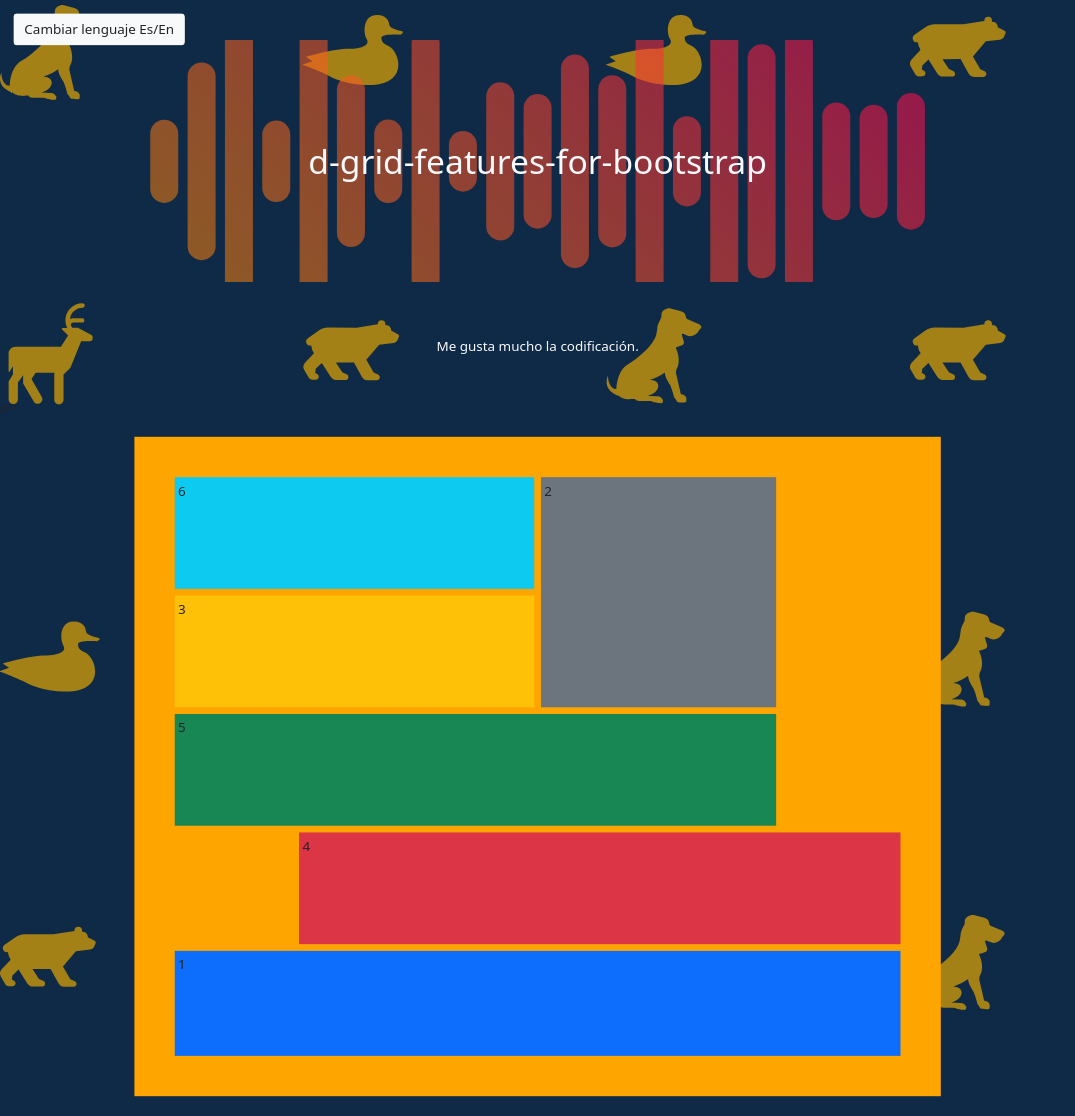
Repository: LynxPardelle/d-grid-features-for-bootstrap
Page: index.html
An editor plug-in stored every save of this project. The page is shown before and after the next save, followed by the edit.
The browser window is 1280 px wide. The pictures show the whole page, at 84% of full size.

Above is the page before, as saved 2021-10-21 00:14:08.

### index.html
<!DOCTYPE html>
<html lang="es">
  <head>
    <meta charset="UTF-8" />
    <meta http-equiv="X-UA-Compatible" content="IE=edge" />
    <meta name="viewport" content="width=device-width, initial-scale=1.0" />
    <meta name="author" content="Lynx Pardelle" />
    <title>d-grid-features-for-bootstrap</title>
    <link
      href="https://cdn.jsdelivr.net/npm/bootstrap@5.1.3/dist/css/bootstrap.min.css"
      rel="stylesheet"
      integrity="sha384-1BmE4kWBq78iYhFldvKuhfTAU6auU8tT94WrHftjDbrCEXSU1oBoqyl2QvZ6jIW3"
      crossorigin="anonymous"
    />
    <style>
      body {
        background-image: url("data:[embedded picture, 9376 characters]");
        background-size: cover;
        background-repeat: repeat;
        background-position: left top;
      }

      h1 {
        background-image: url("data:[embedded picture, 2297 characters]");
        background-size: cover;
        background-repeat: no-repeat;
        background-position: center center;
        padding: 7.5rem;
      }
    </style>
  </head>
  <body>
    <!-- Change Languaje -->
    <button id="switch-lang" onclick="SwitchLang()" class="d-block btn btn-light text-dark position-fixed top-0 start-0 mt-3 ms-3 ">
      <span lang="en">
        Switch Language Es/En
      </span>
      <span lang="es">
        Cambiar lenguaje Es/En
      </span>
    </button>

    <h1 class="text-center text-light my-5">d-grid-features-for-bootstrap</h1>

    <div class="text-center text-light p-3 m-3">
      <p lang="en">I really enjoy coding.</p>
      <p lang="es">Me gusta mucho la codificación.</p>
    </div>p>
    </div>

    <!-- <section class="d-grid bg-dark" data-gfbs data-gfbs-gtc="repeat(4, 1fr)" data-gfbs-gtr="repeat(2, 50px)" > -->
    <!-- <section class="d-grid bg-dark" data-gfbs data-gfbs-gta='"f f b c c a"" f f d e e a"'> -->
    <section
      class="d-grid w-75 mx-auto my-4"
      data-gfbs
      data-gfbs-custom="background-color: black; padding: 1rem;"
      data-gfbs-custom-sm="background-color: pink; padding: 2rem;"
      data-gfbs-custom-md="background-color: orange; padding: 3rem;"
      data-gfbs-gt='
      [row1-start] "a a b ." 12.5px [row1-end]
      [row2-start] "a a b ." 12.5px [row2-end]
      [row3-start] "c c b d" 12.5px [row3-end]
      [row4-start] "c c b d" 12.5px [row4-end]
      [row5-start] "e e e d" 12.5px [row5-end]
      [row6-start] "e e e d" 12.5px [row6-end]
      [row7-start] ". f f f" 12.5px [row7-end]
      [row8-start] ". f f f" 12.5px [row8-end]
      [row9-start] "g g g g" 25px [row9-end]
      / 2fr 1fr 1fr 3fr'
      data-gfbs-gt-sm='
      [row1-start] "a b b ." 25px [row1-end]
      [row2-start] "a b b ." 25px [row2-end]
      [row3-start] "c c c ." 25px [row3-end]
      [row4-start] "c c c ." 25px [row4-end]
      [row5-start] "e e d d" 25px [row5-end]
      [row6-start] "e e d d" 25px [row6-end]
      [row7-start] ". f f ." 25px [row7-end]
      [row8-start] ". f f ." 25px [row8-end]
      [row9-start] "g g g g" 50px [row9-end]
      / 1fr 2fr 2fr 1fr'
      data-gfbs-gt-md='
      [row1-start] "a a a b" 37.5px [row1-end]
      [row2-start] "a a a b" 37.5px [row2-end]
      [row3-start] "c c d d" 37.5px [row3-end]
      [row4-start] "c c d d" 37.5px [row4-end]
      [row5-start] "e e d d" 37.5px [row5-end]
      [row6-start] "e e d d" 37.5px [row6-end]
      [row7-start] "f f f f" 37.5px [row7-end]
      [row8-start] "g g g g" 37.5px [row8-end]
      [row9-start] "g g g g" 75px [row9-end]
      / 1fr 2fr 2fr 1fr'
      data-gfbs-gt-lg='
      [row1-start] "a a b ." 50px [row1-end]
      [row2-start] "a a b ." 50px [row2-end]
      [row3-start] "c c b d" 50px [row3-end]
      [row4-start] "c c b d" 50px [row4-end]
      [row5-start] "e e e d" 50px [row5-end]
      [row6-start] "e e e d" 50px [row6-end]
      [row7-start] ". f f f" 50px [row7-end]
      [row8-start] ". f f f" 50px [row8-end]
      [row9-start] "g g g g" 100px [row9-end]
      / 1fr 2fr 2fr 1fr'
      data-gfbs-gt-xl='
      [row1-start] "a a b ." 62.5px [row1-end]
      [row2-start] "a a b ." 62.5px [row2-end]
      [row3-start] "c c b d" 62.5px [row3-end]
      [row4-start] "c c b d" 62.5px [row4-end]
      [row5-start] "e e e d" 62.5px [row5-end]
      [row6-start] "e e e d" 62.5px [row6-end]
      [row7-start] ". f f f" 62.5px [row7-end]
      [row8-start] ". f f f" 62.5px [row8-end]
      [row9-start] "g g g g" 125px [row9-end]
      / 1fr 2fr 2fr 1fr'
      data-gfbs-gt-xxl='
      [row1-start] "a a b ." 87.5px [row1-end]
      [row2-start] "a a b ." 87.5px [row2-end]
      [row3-start] "c c b d" 87.5px [row3-end]
      [row4-start] "c c b d" 87.5px [row4-end]
      [row5-start] "e e e d" 87.5px [row5-end]
      [row6-start] "e e e d" 87.5px [row6-end]
      [row7-start] ". f f f" 87.5px [row7-end]
      [row8-start] ". f f f" 87.5px [row8-end]
      [row9-start] "g g g g" 150px [row9-end]
      / 1fr 2fr 2fr 1fr'
      data-gfbs-gap="0.5rem"
    >
      <!-- data-gfbs-cg="1rem"
      data-gfbs-rg="1rem" -->
      <div
        data-gfbs
        data-gfbs-iga="a"
        data-gfbs-iga-sm="g"
        class="bg-primary p-1"
      >
        1
      </div>

      <div data-gfbs data-gfbs-iga="b" class="bg-secondary p-1">2</div>
      <div data-gfbs data-gfbs-iga="c" class="bg-warning p-1">3</div>
      <div
        data-gfbs
        data-gfbs-iga="d"
        data-gfbs-iga-lg="f"
        class="bg-danger p-1"
      >
        4
      </div>
      <div data-gfbs data-gfbs-iga="e" class="bg-success p-1">5</div>
      <div data-gfbs data-gfbs-iga="f" data-gfbs-iga-md="a" class="bg-info p-1">
        6
      </div>
    </section>

    <script
      src="https://cdn.jsdelivr.net/npm/bootstrap@5.1.3/dist/js/bootstrap.bundle.min.js"
      integrity="sha384-ka7Sk0Gln4gmtz2MlQnikT1wXgYsOg+OMhuP+IlRH9sENBO0LRn5q+8nbTov4+1p"
      crossorigin="anonymous"
    ></script>
    <script src="./d-grid.js"></script>
    <script src="./langChanger.js"></script>
  </body>
</html>

### d-grid.js
"use strict";

function gridCreate(){
  let wWidth = window.innerWidth;
  let gridElements = document.querySelectorAll("[data-gfbs]");

  function checkIfHasBP(gridElement, atr) {
    let hasIt = false;
    for (let attribute of gridElement.attributes) {
      let at = attribute.localName;
      if (at.includes(atr)) {
        switch (true) {
          case at.includes("-sm") && wWidth >= 576 && wWidth < 768:
            hasIt = true;
            break;
          case at.includes("-md") && wWidth >= 768 && wWidth < 992:
            hasIt = true;
            break;
          case at.includes("-lg") && wWidth >= 992 && wWidth < 1200:
            hasIt = true;
            break;
          case at.includes("-xl") && wWidth >= 1200 && wWidth < 1400:
            hasIt = true;
            break;
          case at.includes("-xxl") && wWidth >= 1400:
            hasIt = true;
            break;
        }
      }
    }

    return hasIt;
  }

  for (let gridElement of gridElements) {
    for (let attribute of gridElement.attributes) {
      let at = attribute.localName;
      let attValue = attribute.value;

      if (
        at.includes("gfbs-") &&
        ((!at.includes("-sm") &&
          !at.includes("-md") &&
          !at.includes("-lg") &&
          !at.includes("-xl") &&
          !at.includes("-xxl") &&
          !checkIfHasBP(gridElement, at)) ||
          (at.includes("-sm") &&
            wWidth >= 576 &&
            (!at.includes("-md") || (at.includes("-md") && wWidth < 768)) &&
            (!at.includes("-lg") || (at.includes("-lg") && wWidth < 992)) &&
            (!at.includes("-xl") || (at.includes("-xl") && wWidth < 1200)) &&
            (!at.includes("-xll") || (at.includes("-xxl") && wWidth < 1400))) ||
          (at.includes("-md") &&
            wWidth >= 768 &&
            (!at.includes("-lg") || (at.includes("-lg") && wWidth < 992)) &&
            (!at.includes("-xl") || (at.includes("-xl") && wWidth < 1200)) &&
            (!at.includes("-xll") || (at.includes("-xxl") && wWidth < 1400))) ||
          (at.includes("-lg") &&
            wWidth >= 992 &&
            (!at.includes("-xl") || (at.includes("-xl") && wWidth < 1200)) &&
            (!at.includes("-xll") || (at.includes("-xxl") && wWidth < 1400))) ||
          (at.includes("-xl") &&
            wWidth >= 1200 &&
            (!at.includes("-xll") || (at.includes("-xxl") && wWidth < 1400))) ||
          (at.includes("-xxl") && wWidth >= 1400))
      ) {
        switch (true) {
          /* Container */
          case at.includes("custom"):
            gridElement.style.cssText += attValue;
            break;
          case at.includes("gtc"):
            gridElement.style.gridTemplateColumns = attValue;
            break;
          case at.includes("gtr"):
            gridElement.style.gridTemplateRows = attValue;
            break;
          case at.includes("gta"):
            gridElement.style.gridTemplateAreas = attValue;
            break;
          case at.includes("gt"):
            gridElement.style.gridTemplate = attValue;
            break;
          case at.includes("cg"):
            gridElement.style.columnGap = attValue;
            break;
          case at.includes("rg"):
            gridElement.style.rowGap = attValue;
            break;
          case at.includes("gap"):
            gridElement.style.gap = attValue;
            break;
          case at.includes("ji"):
            gridElement.style.justifyItems = attValue;
            break;
          case at.includes("ai"):
            gridElement.style.alignItems = attValue;
            break;
          case at.includes("pi"):
            gridElement.style.placeItems = attValue;
            break;
          case at.includes("jc"):
            gridElement.style.justifyContent = attValue;
            break;
          case at.includes("ac"):
            gridElement.style.alignContent = attValue;
            break;
          case at.includes("pc"):
            gridElement.style.placeContent = attValue;
            break;
          case at.includes("gac"):
            gridElement.style.gridAutoColumns = attValue;
            break;
          case at.includes("gar"):
            gridElement.style.gridAutoRows = attValue;
            break;
          case at.includes("gaf"):
            gridElement.style.gridAutoFlow = attValue;
            break;
          case at.includes("grid"):
            gridElement.style.grid = attValue;
            break;

          /* Item */
          case at.includes("gcs"):
            gridElement.style.gridColumnStart = attValue;
            break;
          case at.includes("gce"):
            gridElement.style.gridColumnEnd = attValue;
            break;
          case at.includes("gc"):
            gridElement.style.gridColumn = attValue;
            break;
          case at.includes("grs"):
            gridElement.style.gridRowStart = attValue;
            break;
          case at.includes("gre"):
            gridElement.style.gridRowEnd = attValue;
            break;
          case at.includes("gr"):
            gridElement.style.gridRow = attValue;
            break;
          case at.includes("iga"):
            gridElement.style.gridArea = attValue;
            break;
          case at.includes("js"):
            gridElement.style.justifySelf = attValue;
            break;
          case at.includes("as"):
            gridElement.style.alignSelf = attValue;
            break;
          case at.includes("ps"):
            gridElement.style.placeSelf = attValue;
            break;
        }
      }
    }
  }
}

window.onload = gridCreate();
window.addEventListener("resize", gridCreate);

### langChanger.js
let currentLang = document.documentElement.lang;

let elementsEs = document.querySelectorAll('[lang="es"]');
let elementsEn = document.querySelectorAll('[lang="en"]');


for (let element of elementsEn) {
  element.classList.add("d-none");
}

// document.getElementById("switch-lang").addEventListener("click", SwitchLang());
function SwitchLang() {
  if(currentLang === 'es'){
    currentLang = 'en';
    document.documentElement.lang = 'en';
  } else {
    currentLang = 'es';
    document.documentElement.lang = 'es';
  }
  switch (true) {
    case currentLang === 'es':
      document.documentElement.lang = 'es';
      for (let element of elementsEn) {
        if (!hasClass(element, "d-none") && element.nodeName !== 'HTML') {
          element.classList.add("d-none");
        }
      }
      for (let element of elementsEs) {
        if (hasClass(element, "d-none")) {
          element.classList.remove("d-none");
        }
      }
      break;
    case currentLang === 'en':
      document.documentElement.lang = 'en';
      for (let element of elementsEs) {
        if (!hasClass(element, "d-none") && element.nodeName !== 'HTML') {
          element.classList.add("d-none");
        }
      }
      for (let element of elementsEn) {
        if (hasClass(element, "d-none")) {
          element.classList.remove("d-none");
        }
      }
      break;
  }
}

function hasClass(element, className) {
  return (" " + element.className + " ").indexOf(" " + className + " ") > -1;
}

After the next save:
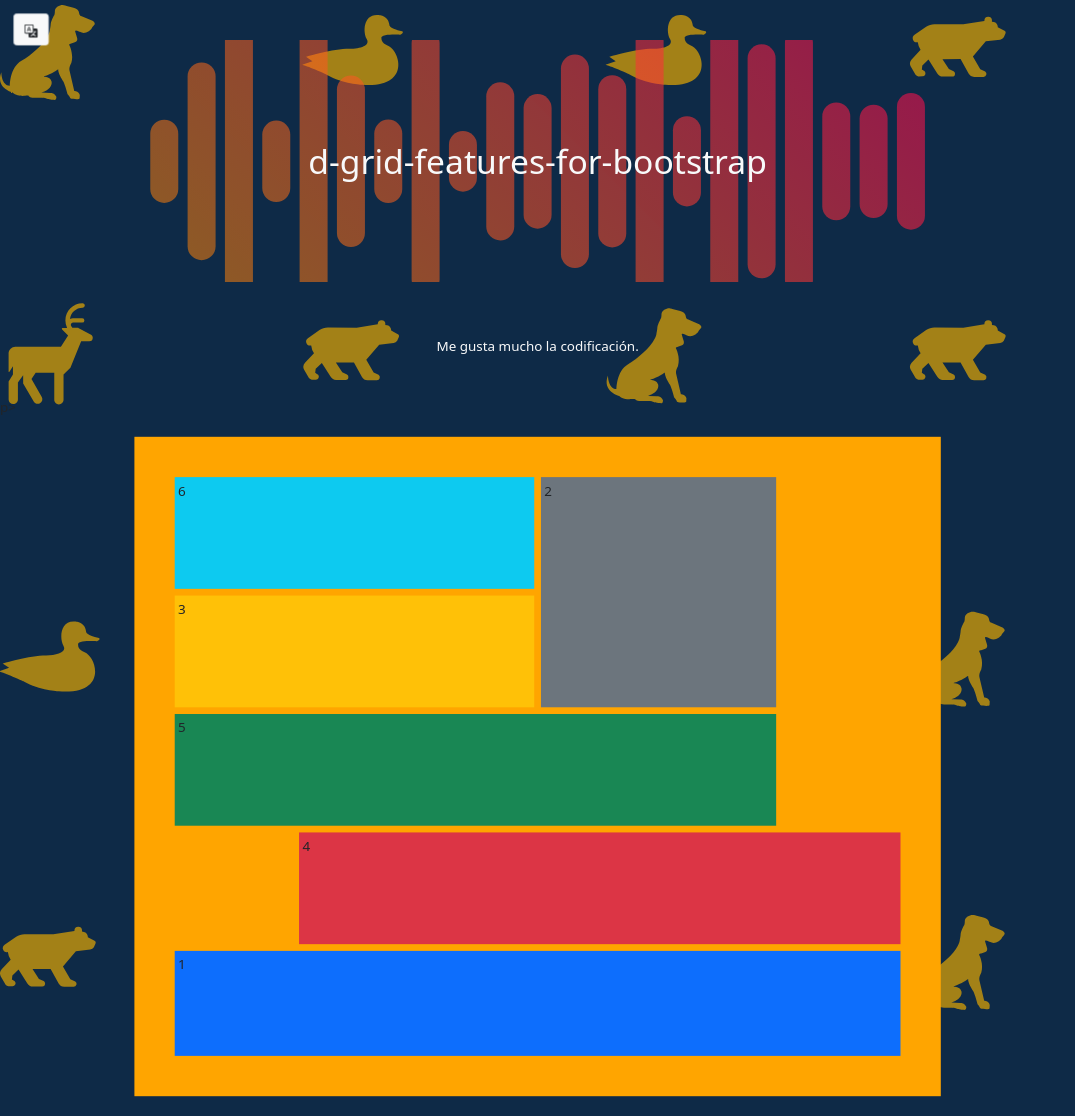
Saved 109 s later.
--- a/index.html
+++ b/index.html
@@ -32,12 +32,10 @@
   <body>
     <!-- Change Languaje -->
     <button id="switch-lang" onclick="SwitchLang()" class="d-block btn btn-light text-dark position-fixed top-0 start-0 mt-3 ms-3 ">
-      <span lang="en">
-        Switch Language Es/En
-      </span>
-      <span lang="es">
-        Cambiar lenguaje Es/En
-      </span>
+      <svg xmlns="http://www.w3.org/2000/svg" width="16" height="16" fill="currentColor" class="bi bi-translate" viewBox="0 0 16 16">
+        <path d="M4.545 6.714 4.11 8H3l1.862-5h1.284L8 8H6.833l-.435-1.286H4.545zm1.634-.736L5.5 3.956h-.049l-.679 2.022H6.18z"/>
+        <path d="M0 2a2 2 0 0 1 2-2h7a2 2 0 0 1 2 2v3h3a2 2 0 0 1 2 2v7a2 2 0 0 1-2 2H7a2 2 0 0 1-2-2v-3H2a2 2 0 0 1-2-2V2zm2-1a1 1 0 0 0-1 1v7a1 1 0 0 0 1 1h7a1 1 0 0 0 1-1V2a1 1 0 0 0-1-1H2zm7.138 9.995c.193.301.402.583.63.846-.748.575-1.673 1.001-2.768 1.292.178.217.451.635.555.867 1.125-.359 2.08-.844 2.886-1.494.777.665 1.739 1.165 2.93 1.472.133-.254.414-.673.629-.89-1.125-.253-2.057-.694-2.82-1.284.681-.747 1.222-1.651 1.621-2.757H14V8h-3v1.047h.765c-.318.844-.74 1.546-1.272 2.13a6.066 6.066 0 0 1-.415-.492 1.988 1.988 0 0 1-.94.31z"/>
+      </svg>
     </button>
 
     <h1 class="text-center text-light my-5">d-grid-features-for-bootstrap</h1>
